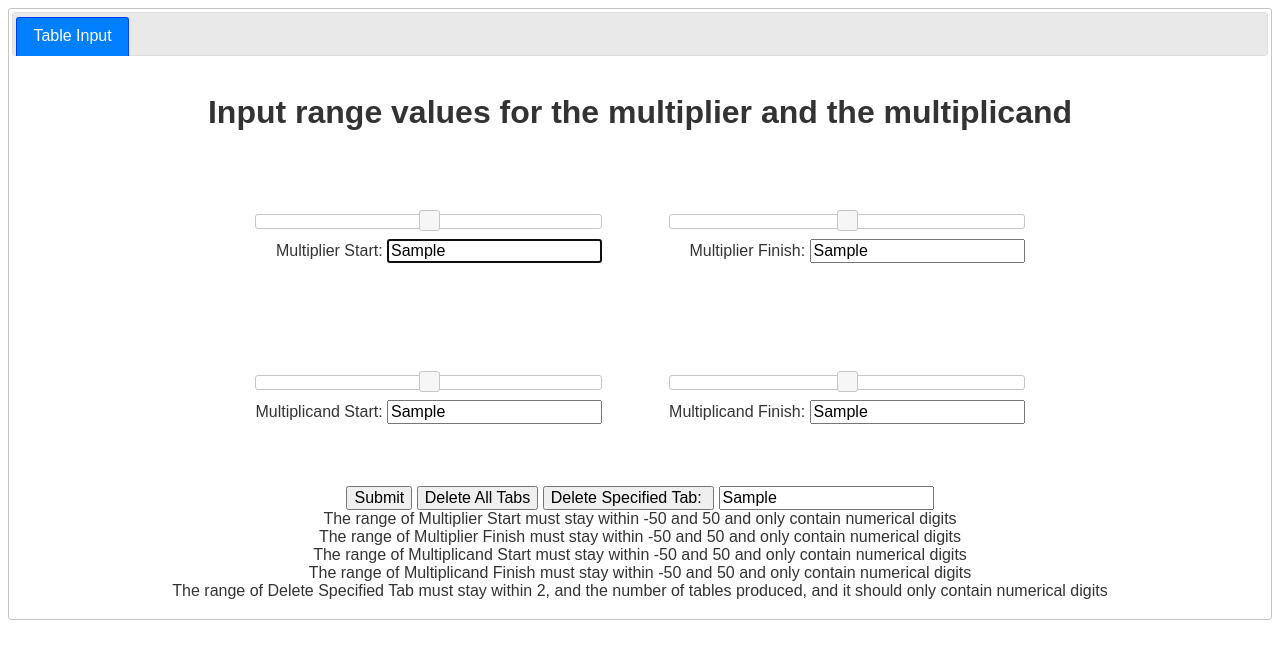
Repository: khrasna/HW4Part2
Page: index.html
An editor plug-in stored every save of this project. The page is shown before and after the next save, followed by the edit.
The browser window is 1280 px wide. The pictures show the whole page.
Empty fields were first filled with sample values (such as "Sample", 5 or name@example.com).
After loading, the first visible `#FormInput > input` was clicked once.
Some web libraries are served in a nearby version.

Above is the page before, as saved 2021-11-19 19:37:53.

### index.html
<!-- HTML file for Assignment 3
By Karsten Hrasna  email Karsten_Hrasna@student.uml.edu-->
<!DOCTYPE html>
<html>

<head>
    <title>Multiplication Table</title>
    <link rel="stylesheet" href="style.css">
    <script type="text/javascript" src="https://ajax.googleapis.com/ajax/libs/jquery/3.5.1/jquery.min.js"></script>
    <script type="text/javascript" src="dist/jquery.validate.min.js"></script>
    <script type="text/javascript" src="formvalidate.js"></script>
    <script type="text/javascript"
        src="https://ajax.googleapis.com/ajax/libs/jqueryui/1.11.4/jquery-ui.min.js"></script>
    <link rel="stylesheet" href="https://ajax.googleapis.com/ajax/libs/jqueryui/1.11.4/themes/smoothness/jquery-ui.css">
</head>

<body>

    <div id="tabs">
        <ul>
            <li><a href='#tab1'>Table Input</a></li>
        </ul>
        <div id="tab1">
            <h1>Input range values for the multiplier and the multiplicand</h1>
            <!-- Learned from W3schools. Creates a form which takes number ranges for multiplier and multiplicand. -->
            <form id="FormInput" action="javascript:void(0);" method="get">
                <!--Learned about javascript:void(0) from Dutchie432 at https://stackoverflow.com/questions/1818249/form-with-no-action-and-where-enter-does-not-reload-page-->
                <table>
                    <tr>

                        <td class="pad">
                            <div id="slider-1"></div>
                            Multiplier Start: <input input="text" name="MultiplierStart">
                        </td>

                        <td>
                            <div id="slider-2"></div>
                            Multiplier Finish: <input type="text" name="MultiplierFinish">
                        </td>
                    </tr>
                    <tr>
                        <td class="pad">
                            <div id="slider-3"></div>
                            Multiplicand Start: <input type="text" name="MultiplicandStart">
                        </td>

                        <td>
                            <div id="slider-4"></div>
                            Multiplicand Finish: <input type="text" name="MultiplicandFinish">
                        </td>
                    </tr>
                </table>
                <input type="submit" value="Submit">
                <input type="button" name="clear" value="Delete All Tabs">
                <input type="button" name="clearx" value="Delete Specified Tab: ">
                <input type="text" name="clearinput">
                <!--goes directly under form and processes the input to create a mult table-->
            </form>
        </div>
    </div>


</body>

</html>

### style.css
/*Created by Karsten Hrasna. email: Karsten_Hrasna@student.uml.edu*/
html,
body {
    height: 97%;
    text-align: center;
}

#slider-1,
#slider-2,
#slider-3,
#slider-4 {
    margin-bottom: 10px;
    margin-top: 10px;
}

div#tab1 {
    display: grid;
    grid-template-columns: 100%;
    /* top row of grid holds the form for input, the rest of page holds the multiplication table*/
    grid-template-rows: auto;
    height: 97%;

}

#multTable {
    margin: auto;
    border-collapse: separate;
    border-spacing: 0;
    /*the dynamically sized multiplication table */
    margin-top: 0px;
    border-bottom: 0px;

}

input[type=submit] {
    /* submit button under form spaced here */
    margin-top: 10px;
    margin-bottom: 0px;
}

#multTable td,
th {
    border: solid;
    border-color: black;
    min-width: 70px;
    font-size: 30px;
    height: 70px;
}


#multTable th {
    position: sticky;
    top: 0px;
    border-right: solid;
    border-right-color: white;
    border-bottom: solid;
    border-bottom-color: white;
    background-color: black;
    color: white;

}

#multTable th:first-child {
    position: sticky;
    top: 70px;
    left: 0;
}


.sticky {
    position: fixed;
    top: 0px;
    /* get the headers to stay fixed on mult table */
    width: 100%;
}

#multTable tr:first-child th:first-child {
    border: none;
    background-color: white;
}

#multTable p.inputError {
    margin: 0px;
}

form {
    margin-bottom: 0px;
}

table {
    margin-left: auto;
    margin-right: auto;
}

form td {
    text-align: right;
    justify-content: right;
    padding: 50px;
    /*line up the input form textboxes*/
}

form p {
    margin: 0px;
}

td.pad {
    padding-right: 15px;
}

### formvalidate.js
var tabs;

$(function () {
    $("#tabs").tabs();

    $("#slider-1").slider({
        min: -50,                       //initialize the four sliders to set the values of their respective input boxes
        max: 50,
        slide: function (event, ui) {
            $('input[name="MultiplierStart"]').val(ui.value);
        }
    });
    $("#slider-2").slider({
        min: -50,
        max: 50,
        slide: function (event, ui) {
            $('input[name="MultiplierFinish"]').val(ui.value);
        }
    });
    $("#slider-3").slider({
        min: -50,
        max: 50,
        slide: function (event, ui) {
            $('input[name="MultiplicandStart"]').val(ui.value);
        }
    });
    $("#slider-4").slider({
        min: -50,
        max: 50,
        slide: function (event, ui) {
            $('input[name="MultiplicandFinish"]').val(ui.value);
        }
    });

    $('input[name="MultiplierStart"]').on('keyup', function () { //if the input boxes values are changed, set the slider to that value
        $("#slider-1").slider("option", "value", $('input[name="MultiplierStart"]').val());
    });

    $('input[name="MultiplierFinish"]').on('keyup', function () {
        $("#slider-2").slider("option", "value", $('input[name="MultiplierFinish"]').val());
    });

    $('input[name="MultiplicandStart"]').on('keyup', function () {
        $("#slider-3").slider("option", "value", $('input[name="MultiplicandStart"]').val());
    });

    $('input[name="MultiplicandFinish"]').on('keyup', function () {
        $("#slider-4").slider("option", "value", $('input[name="MultiplicandFinish"]').val());
    });


    $.validator.addMethod("less", function (value, element, params) {
        if (params[0].value == "") {
            return true; // dont want it to say that the start has to be greater than finish if no finish given. instead it will say to give finish value in other error
        } else {
            return this.optional(element) || +value <= +params[0].value;

        } //checks to make sure that the starts are less than the finishes, learned from
    });                                                           // https://jqueryvalidation.org/jQuery.validator.addMethod/

    $('input[value="Submit"]').on("click", function () {

        $("#FormInput").validate({
            onkeyup: false,     //this makes it so the validator doesnt update the error messages whenever new input is typed. only validates when submit is hit.
            onfocusout: false,  //learned about onkeyup, and onfocusout at https://www.sitepoint.com/jquery-validation-validate-form-submit/
            rules: {
                MultiplierStart: {
                    range: [-50, 50],
                    less: $('input[name="MultiplierFinish"]'),
                    required: true

                },
                MultiplierFinish: {
                    required: true,
                    range: [-50, 50]
                },

                MultiplicandStart: {
                    range: [-50, 50],
                    less: $('input[name="MultiplicandFinish"]'),
                    required: true
                },

                MultiplicandFinish: {
                    range: [-50, 50],
                    required: true
                },

                clearinput: {
                    range: [2, tabs]
                }
            },

            messages: {
                MultiplierStart: {
                    required: "Multiplier Start must be a digit between -50 and 50",
                    range: "The range of Multiplier Start must stay within -50 and 50 and only contain numerical digits",
                    less: "The value of Multiplier Start must be less than or equal to Multiplier Finish."
                },

                MultiplierFinish: {
                    required: "Multiplier Finish must be a digit between -50 and 50",
                    range: "The range of Multiplier Finish must stay within -50 and 50 and only contain numerical digits",
                },

                MultiplicandStart: {
                    required: "Multiplicand Start must be a digit between -50 and 50",
                    range: "The range of Multiplicand Start must stay within -50 and 50 and only contain numerical digits",
                    less: "The value of Multiplicand Start must be less than or equal to Multiplicand Finish."
                },

                MultiplicandFinish: {
                    required: "Multiplicand Finish must be a digit between -50 and 50",
                    range: "The range of Multiplicand Finish must stay within -50 and 50 and only contain numerical digits",
                },

                clearinput: {
                    required: false,
                    range: "The range of Delete Specified Tab must stay within 2, and the number of tables produced, and it should only contain numerical digits"
                }
            },

            errorPlacement: function (error, element) {
                $(error).appendTo($(('#FormInput')));
            },
            errorElement: "p"

        });

        if ($("#FormInput").valid()) {
            process();
        }

    });

    $('input[name="clear"]').on("click", function () {
        for (var i = 2; i <= tabs; i++) {
            $("#tab" + i).remove();
            $("#tabs").find("li:not(:first)").remove();
            $("#tabs").tabs('refresh');
        }
        tabs = 0;
    });

    $('input[name="clearx"]').on("click", function() {
        if ($("#FormInput").valid()) {
            var removetab = $('input[name="clearinput"]').val();
            $("#tab" + removetab).remove();
        };
    })

});

function process() {
    var multStart = $('input[name="MultiplierStart"]').val();
    var multFinish = $('input[name="MultiplierFinish"]').val();
    var multiplicandStart = $('input[name="MultiplicandStart"]').val();
    var multiplicandFinish = $('input[name="MultiplicandFinish"]').val();

     //clear old table and create a table with size based on input given
    const rowVals = [];
    const colVals = []; //these will hold the values of the multiplier and multiplicand
    var rows = multFinish - multStart;
    var cols = multiplicandFinish - multiplicandStart;
    tabs = $("#tabs ul li").length + 1; //number of tabs, learned from https://stackoverflow.com/questions/14702631/in-jquery-ui-1-9-how-do-you-create-new-tabs-dynamically
    for (var i = 0; i <= cols; i++) {
        colVals[i] = (+multiplicandStart + +i); //save the values of the numbers being multiplied
    }
    for (var i = 0; i <= rows; i++) {
        rowVals[i] = (+multStart + +i);
    }
    var table = createTable(rows, cols, rowVals, colVals); //create table based on total rows and cols, and top and left are the sets of multipliers and multiplicands
    table.id = "multTable";
    //adds list item to tab list with parameters as title
    $("#tabs ul").append("<li><a href='#tab" + tabs + "'>" + multStart + " " + multFinish + " " + multiplicandStart + " " + multiplicandFinish + "</a></li>");
    $("#tabs").append("<div id='tab" + tabs + "'></div>"); //also learned from https://stackoverflow.com/questions/14702631/in-jquery-ui-1-9-how-do-you-create-new-tabs-dynamically
    $("#tab" + tabs).append(table); //adds the table to a new tab
    $("#tabs").tabs("refresh");

}

function createTable(rows, cols, rowVals, colVals) {
    var t = document.createElement('table');
    for (var x = 0; x <= rows + 1; x++) { // rows and cols + 1 to indicate ranges of numbers
        var r = document.createElement('tr');
        t.appendChild(r);
        for (var y = 0; y <= cols + 1; y++) {   //creates the cols of the table row by row
            if (y == 0) {
                var c = document.createElement('th'); //create and insert element based on position in table
                c.id = "topHeader";
                if (x != 0) {
                    c.innerHTML = rowVals[x - 1]; // - 1 because it is moved over 1 to the right
                }
            } else if (x == 0) {
                var c = document.createElement('th');
                if (y != 0) {
                    c.innerHTML = colVals[y - 1];
                }
            } else {
                var c = document.createElement('td');
                c.innerHTML = rowVals[x - 1] * colVals[y - 1];
                if (((y % 2) + (x % 2)) == 0 || ((y % 2) + (x % 2)) == 2) { // checker board effect
                    c.style.backgroundColor = "gray";
                }
            }
            r.appendChild(c);
        }
    }
    return t;
}

Loaded but not shown: dist/jquery.validate.min.js (library)

After the next save:
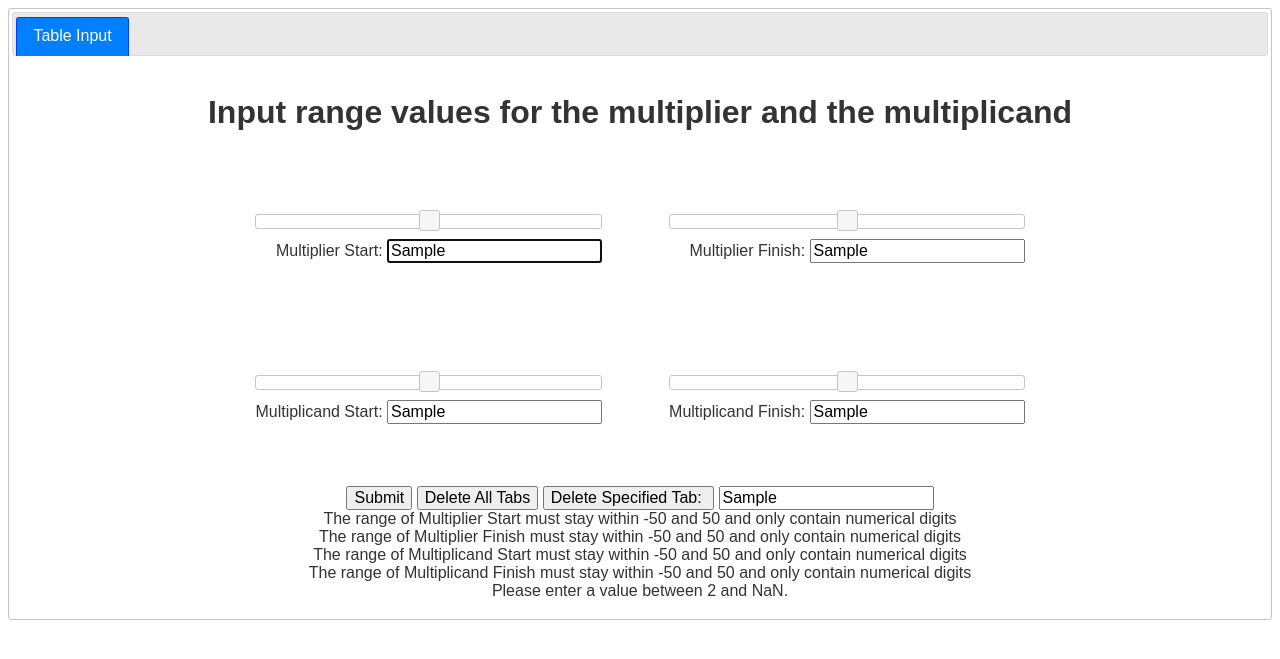
Saved 2 min 0 s later.
--- a/formvalidate.js
+++ b/formvalidate.js
@@ -112,12 +112,9 @@ $(function () {
                 MultiplicandFinish: {
                     required: "Multiplicand Finish must be a digit between -50 and 50",
                     range: "The range of Multiplicand Finish must stay within -50 and 50 and only contain numerical digits",
-                },
-
-                clearinput: {
-                    required: false,
-                    range: "The range of Delete Specified Tab must stay within 2, and the number of tables produced, and it should only contain numerical digits"
-                }
+                }
+
+
             },
 
             errorPlacement: function (error, element) {
@@ -142,7 +139,10 @@ $(function () {
         tabs = 0;
     });
 
-    $('input[name="clearx"]').on("click", function() {
+    $('input[name="clearx"]').on("click", function () {
+        $('input[name="clearinput"]').rules('add', {
+            range: [2, tabs]
+        })
         if ($("#FormInput").valid()) {
             var removetab = $('input[name="clearinput"]').val();
             $("#tab" + removetab).remove();
